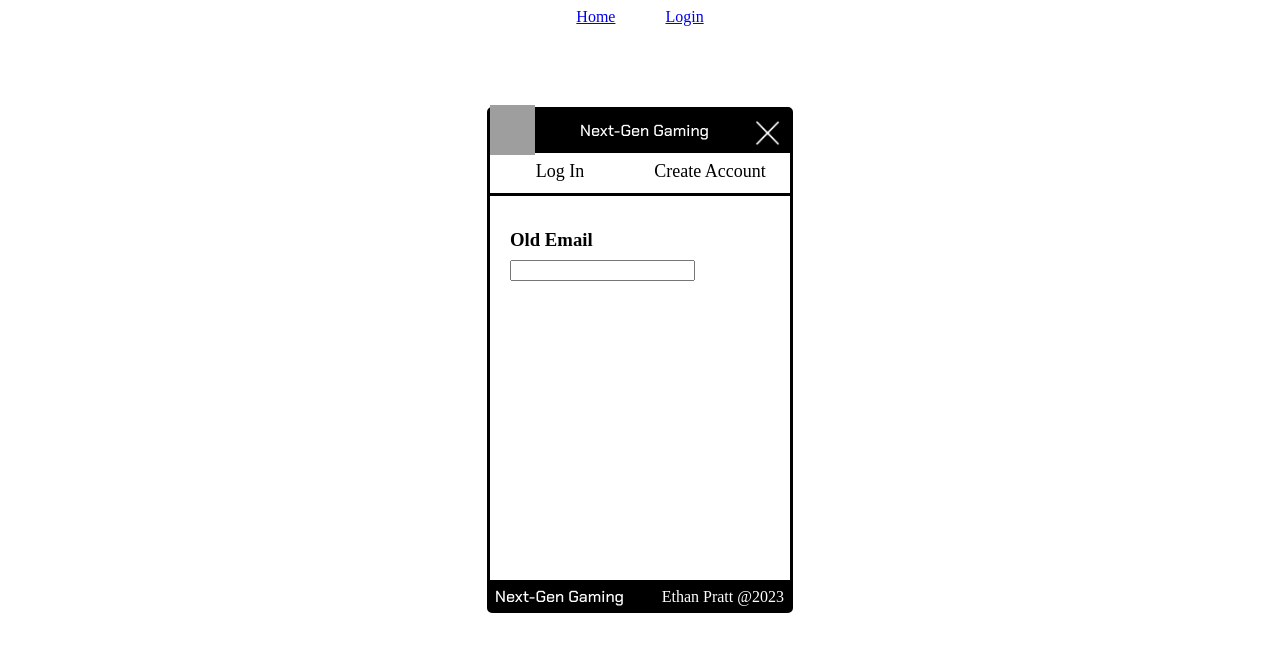
Repository: ghend99/login-page
Page: /change
The author's editor kept a copy of each file at every save. The page is drawn from the files as they stood at one save, then again after the next save.
The browser window is 1280 px wide. The pictures show the whole page.
Pictures or frames that could not be fetched are drawn as grey boxes. The project was rebuilt for these pictures with package versions that can differ from the ones it lists, and the page was loaded fresh each time. Also part of the build but not shown: src/css/Create2.css, src/pages/Home.tsx, src/config/firebase.ts, src/pages/Login.tsx, src/css/Create.css, src/pages/Create.tsx, src/pages/Create2.tsx.

Above is the page before, as saved 2023-02-15 14:37:04.

### src/App.tsx
import React from "react";
import { BrowserRouter as Router, Routes, Route, Link } from "react-router-dom";
import "./css/App.css";
import "./css/LogIn.css";
import "./css/Create2.css";
import { Home } from "./pages/Home";
import { Login } from "./pages/Login";
import { Create } from "./pages/Create";
import { Create2 } from "./pages/Create2";
import { Change } from "./pages/Change";
import { Navbar } from "./Navbar";
function App() {
  return (
    <div className="App">
      <Router>
        <Navbar />
        <Routes>
          <Route path="/" element={<Home />} />
          <Route path="/login" element={<Login />} />
          <Route path="/change" element={<Change />} />
          <Route path="/create" element={<Create />} />
          <Route path="/create2" element={<Create2 />} />
        </Routes>
      </Router>
    </div>
  );
}

export default App;

### src/css/App.css
.App {
  text-align: center;
}

.App-logo {
  height: 40vmin;
  pointer-events: none;
}

@media (prefers-reduced-motion: no-preference) {
  .App-logo {
    animation: App-logo-spin infinite 20s linear;
  }
}

.App-header {
  background-color: #282c34;
  min-height: 100vh;
  display: flex;
  flex-direction: column;
  align-items: center;
  justify-content: center;
  font-size: calc(10px + 2vmin);
  color: white;
}

.App-link {
  color: #61dafb;
}

@keyframes App-logo-spin {
  from {
    transform: rotate(0deg);
  }
  to {
    transform: rotate(360deg);
  }
}

button {
  cursor: pointer;
}

### src/css/LogIn.css
@import url("https://fonts.googleapis.com/css2?family=Caveat&family=Chakra+Petch:wght@500&display=swap");

.container {
  position: fixed;
  border: solid;
  border-radius: 5px;
  background-color: white;
  height: 500px;
  width: 10%;
  min-width: 300px;
  top: 50%;
  left: 50%;
  transform: translate(-50%, -50%);
  min-width: none;
}

.login-title {
  left: 50px;
}

.navbar-home {
  margin-right: 50px;
}

.main-link {
  position: relative;
  display: grid;
  grid-template-columns: 1fr 1fr;
  border-bottom: solid;
  padding-top: 5px;
  padding-bottom: 5px;
}

.main-link-login,
.main-link-create-account {
  margin-left: 20px;
  font-size: 12px;
  font-size: 18px;
}

.main-login-title {
  position: relative;
  display: flex;
  left: 40px;
  font-size: 20px;
  margin-top: 20px;
  margin-bottom: 10px;
  font-family: "Chakra Petch";
}

.login {
  position: relative;
  display: flex;
  flex-direction: column;
  justify-content: middle;
  width: 300px;
  left: 5%;
  height: 100px;
}

.login-email {
  position: absolute;
  display: flex;
  height: 30px;
  width: 250px;
  margin-top: 15px;
  border: solid;

  border-width: 2.5px;
  border-radius: 2px;
}

.login-email-2 {
  position: absolute;
  display: flex;
  height: 30px;
  width: 250px;
  margin-top: 15px;
  border: solid;
  border-color: orange;
  border-width: 2.5px;
  border-radius: 2px;
}

.login-password {
  position: absolute;
  display: flex;
  margin-top: 40px;
  border: solid;
  height: 30px;
  width: 250px;
  border-width: 2.5px;
  border-radius: 2px;

  vertical-align: center;
  top: 20px;
}

.show-password {
  position: relative;
  left: 90px;
  top: -33px;
}

.login-confirm {
  position: relative;
  display: flex;
  justify-content: center;
  width: 280px;
  height: 30px;
  left: -7px;
  top: 100px;
  margin-top: 15px;
  padding-top: 5px;
  padding-bottom: 5px;
  cursor: pointer;
}

.reset-password {
  display: flex;
  position: relative;
  top: 100px;
}

.login-break {
  position: relative;
  display: flex;
  top: 30px;
  justify-content: center;
}

.google-login {
  position: relative;
  display: flex;
  top: 20px;
  width: 280px;
  height: 30px;
  left: 8px;
  justify-content: center;
  padding-top: 5px;
  padding-bottom: 5px;
}

### src/pages/Change.tsx
import "../css/Change.css";
import { Header } from "../components/Header";
import { Footer } from "../components/Footer";
import { MainLink } from "../components/MainLink";

export const Change = () => {
  return (
    <div className="container-change">
      <Header />
      <MainLink />
      <main>
        <h3 className="change-email--title">Old Email</h3>
        <input className="change-email--input" />
      </main>
      <Footer />
    </div>
  );
};

### src/Navbar.tsx
import { Link } from "react-router-dom";

export const Navbar = () => {
  return (
    <div>
      <Link to="/" className="navbar-home">
        Home
      </Link>
      <Link to="/login">Login</Link>
    </div>
  );
};

### src/components/Header.tsx
import "../css/Header.css";
import { useNavigate } from "react-router-dom";
export const Header = () => {
  const navigate = useNavigate();

  const close = () => {
    navigate("/");
  };

  return (
    <div className="header">
      <img className="header-logo" src={require("../images/logo.png")} />
      <p className="header-title">Next-Gen Gaming</p>

      <img className="header-close" src={require("../images/Close.png")} />
      <button className="header-close--button" onClick={close} />
    </div>
  );
};

### src/components/Footer.tsx
import "../css/Footer.css";

export const Footer = () => {
  return (
    <div className="footer">
      <p className="footer-title">Next-Gen Gaming</p>
      <p className="footer-certification">Ethan Pratt @2023</p>
    </div>
  );
};

### src/components/MainLink.tsx
import { Link } from "react-router-dom";
import "../css/MainLink.css";

export const MainLink = () => {
  return (
    <div className="main-link">
      <Link className="main-link-login" to="/login">
        Log In
      </Link>
      <Link className="main-link-create-account" to="/create">
        Create Account
      </Link>
    </div>
  );
};

### src/css/Change.css
.container-change {
  position: fixed;
  border: solid;
  border-radius: 5px;
  background-color: white;
  height: 500px;
  width: 10%;
  min-width: 300px;
  top: 50%;
  left: 50%;
  transform: translate(-50%, -50%);
  min-width: none;
}

.change-email--title {
  position: absolute;
  display: flex;
  top: 100px;
  left: 20px;
}

.change-email--input {
  position: absolute;
  display: flex;
  top: 150px;
  left: 20px;
}

### src/css/Header.css
.header {
  position: relative;
  height: 40px;
  border-bottom: solid;
  background-color: black;
}

.header-logo {
  position: absolute;
  display: flex;
  top: -5px;
  height: 50px;
  width: 15%;
}

.header-title {
  position: absolute;
  display: flex;
  margin: 0;
  justify-content: center;
  left: 30%;
  top: 10px;
  font-family: "Chakra Petch";
  color: white;
}

.header-close {
  position: absolute;
  display: flex;
  right: 10px;
  top: 0;
  padding-top: 10px;
  padding-bottom: 10px;
  width: 25px;
  cursor: pointer;
}

.header-close--button {
  position: relative;
  display: flex;
  left: 257px;
  top: 5px;
  width: 37px;
  height: 33px;
  opacity: 0;
}

### src/css/Footer.css
.footer {
  position: fixed;
  height: 30px;
  background-color: black;
  bottom: 0;
  left: 0;
  right: 0;
}

.footer-title {
  position: absolute;
  display: flex;
  left: 5px;
  top: -10px;
  font-family: "Chakra Petch";
  color: white;
}

.footer-certification {
  position: absolute;
  display: flex;
  top: -8px;
  right: 6px;
  color: white;
}

### src/css/MainLink.css
.main-link {
  position: relative;
  display: grid;
  grid-template-columns: 1fr 1fr;
  border-bottom: solid;
  padding-top: 5px;
  padding-bottom: 5px;
  height: 30px;
}

.main-link-login {
  position: absolute;
  display: flex;
  left: 20px;
  margin-left: 20px;
  font-size: 12px;
  font-size: 18px;
  width: 60px;
  justify-content: center;
  padding-top: 8px;
  padding-bottom: 8px;
  text-decoration: none;
  color: black;
}

.main-link-login:hover,
.main-link-create-account:hover {
  border-bottom: solid;
  border-color: black;
}

.main-link-create-account {
  margin-right: 20px;
  font-size: 12px;
  font-size: 18px;
  position: absolute;
  display: flex;
  width: 120px;
  right: 0;
  justify-content: center;
  padding-top: 8px;
  padding-bottom: 8px;
  text-decoration: none;
  color: black;
}

Loaded but not shown: public/index.html (common file); src/index.tsx (common file)

After the next save:
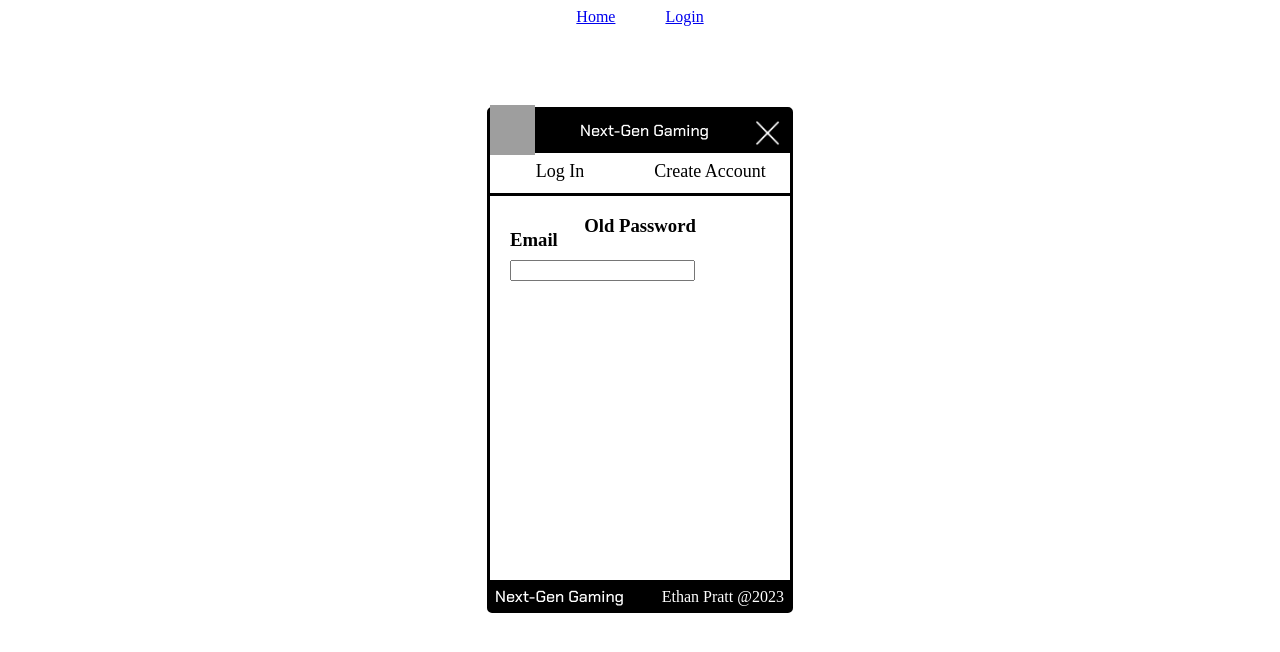
Saved 81 s later.
--- a/src/pages/Change.tsx
+++ b/src/pages/Change.tsx
@@ -9,8 +9,9 @@ export const Change = () => {
       <Header />
       <MainLink />
       <main>
-        <h3 className="change-email--title">Old Email</h3>
+        <h3 className="change-email--title">Email</h3>
         <input className="change-email--input" />
+        <h3>Old Password</h3>
       </main>
       <Footer />
     </div>
